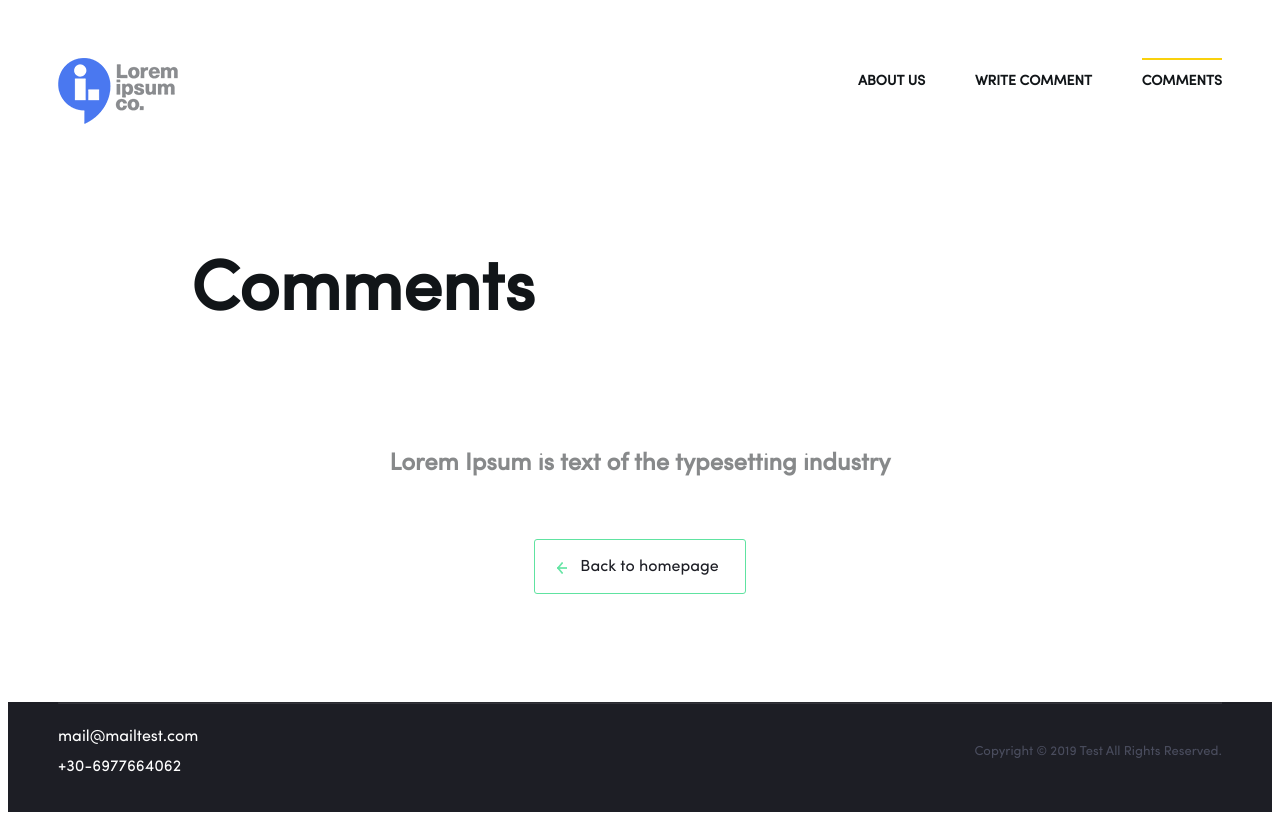
Repository: skydevil1604/vue-axios-api
Page: /#/comments
These files come from the project's save history. The page is drawn as it stood at one moment and after a run of saves; the edit follows.
The browser window is 1280 px wide. The pictures show the whole page.
The page's requests for data from a server got no answer. The project was rebuilt for these pictures with package versions that can differ from the ones it lists, and the page was loaded fresh each time. No one was signed in, and anything a server would have sent is missing. Also part of the build but not shown: vue.config.js.

Above is the page before, as saved 2019-05-18 19:09:52.

After the next 2 saves:
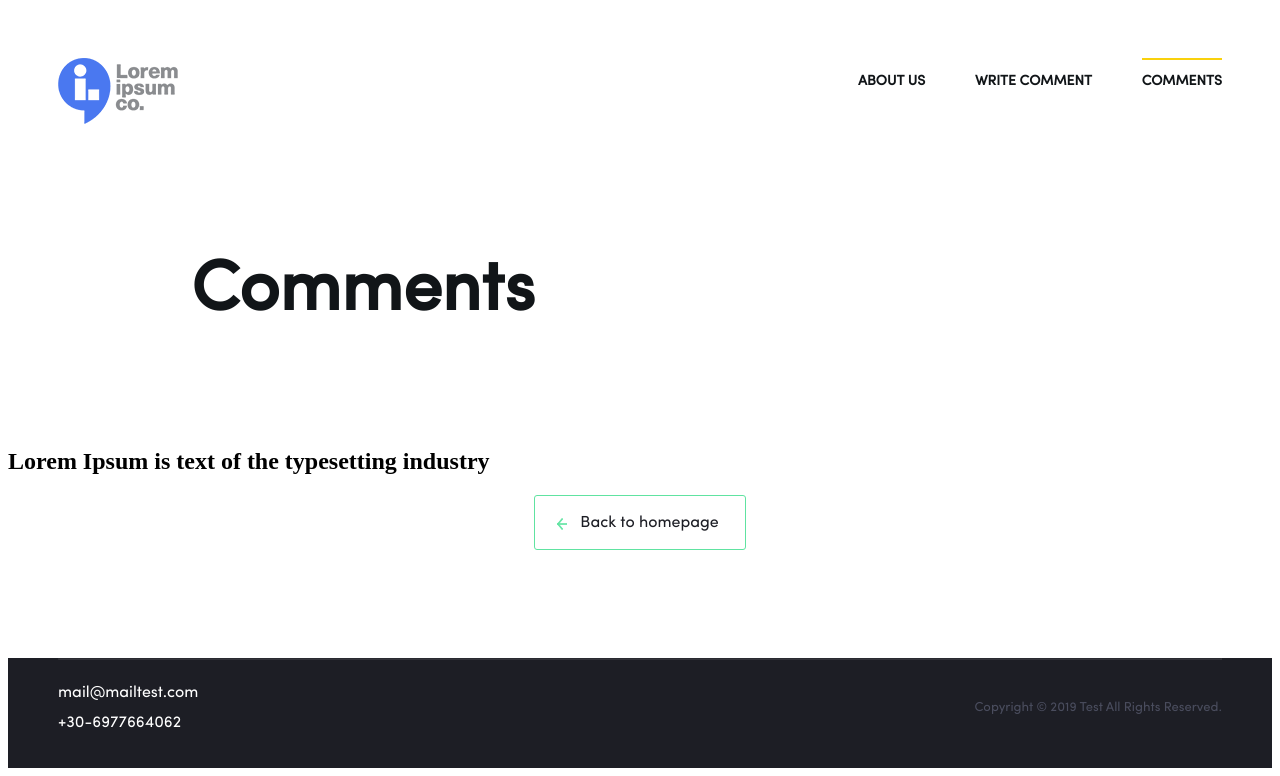
The 2 saves are shown as one change because they came seconds apart.
The last was saved 77 s later.
--- a/src/views/Comments.vue
+++ b/src/views/Comments.vue
@@ -126,6 +126,8 @@
 button.more {
     margin-bottom: 45px;
 }
+
+b
 .main h2 {
     opacity: 0.5;
     color: #111518;

After the 3 saves that followed:
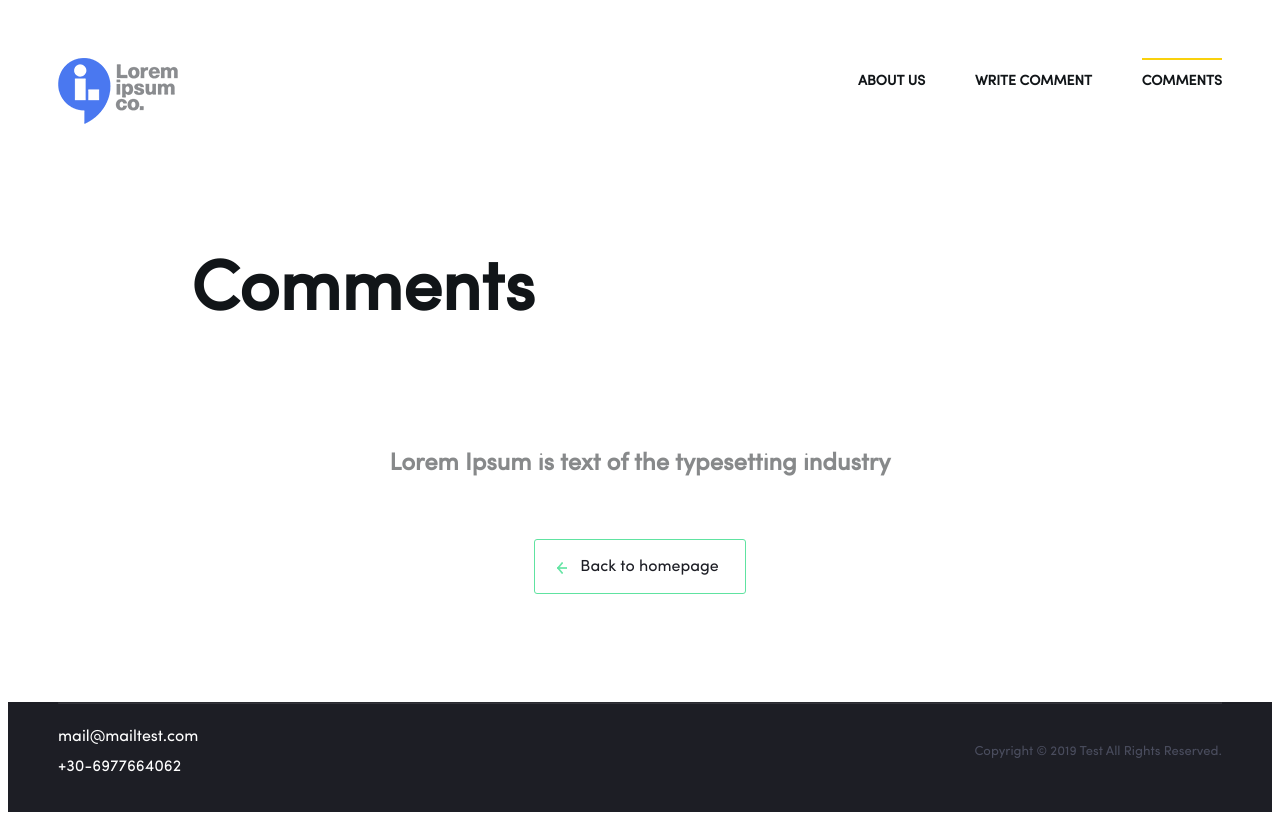
The 3 saves are shown as one change because 1 left the picture as it was and some came seconds apart.
The last was saved 11 s later.
--- a/src/views/Comments.vue
+++ b/src/views/Comments.vue
@@ -127,7 +127,14 @@
     margin-bottom: 45px;
 }
 
-b
+button.more a {
+    color: #1d1e25;
+    font-family: "SofiaPro", sans-serif;
+    font-size: 16px;
+    font-weight: 400;
+    line-height: 53px;
+    text-decoration: none;
+}
 .main h2 {
     opacity: 0.5;
     color: #111518;
